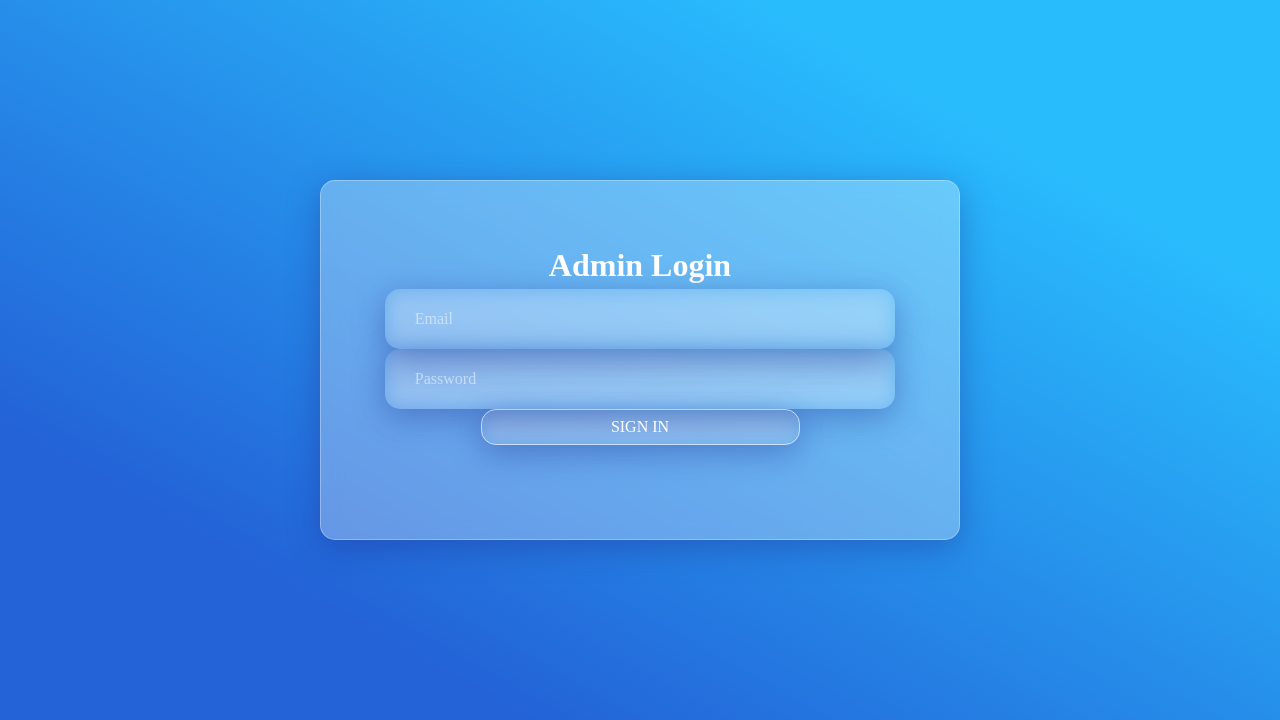
Repository: LEEYONGJUN3068/cms
Page: /login
These files come from the project's save history. The page is drawn as it stood at one moment and after the next save; the edit follows.
The browser window is 1280 px wide. The pictures show the whole page.
The page's requests for data from a server got no answer. The project was rebuilt for these pictures with package versions that can differ from the ones it lists, and the page was loaded fresh each time. The framework's server and built-in components were replaced by stand-ins that run in the browser. No one was signed in, and anything a server would have sent is missing. Also part of the build but not shown: next.config.mjs.

Above is the page before, as saved 2025-09-23 15:01:17.

### src/app/layout.js
import { Geist, Geist_Mono } from "next/font/google";
import "./globals.css";
import AppLoader from "@/components/AppLoader";
import "../styles/globals.scss";

const geistSans = Geist({
  variable: "--font-geist-sans",
  subsets: ["latin"],
});

const geistMono = Geist_Mono({
  variable: "--font-geist-mono",
  subsets: ["latin"],
});

export const metadata = {
  title: "Create Next App",
  description: "Generated by create next app",
  stylesheets: [
    {
      rel: 'stylesheet',
      as: 'style',
      crossOrigin: 'anonymous',
      href: 'https://cdn.jsdelivr.net/gh/orioncactus/pretendard@v1.3.9/dist/web/static/pretendard.min.css',
    },
  ],
};

export default function RootLayout({ children }) {
  return (
    <html lang="ko">
      <body
        className={`${geistSans.variable} ${geistMono.variable} antialiased`}
      >
        <AppLoader>{children}</AppLoader>
      </body>
    </html>
  );
}

### src/app/login/page.jsx
'use client'
import { useState } from 'react'
import { supabase } from '@/lib/supabaseClient'
import { useRouter } from 'next/navigation'
import styles from './login.module.scss'

export default function Login() {
  const [email,setEmail] = useState('')
  const [password,setPassword] = useState('')
  const router = useRouter()

  const handleLogin = async (e) => {
    e.preventDefault()
    const { data, error } = await supabase.auth.signInWithPassword({ email, password })
    if (error) alert(error.message)
    else router.push('/dashboard')
  }

  return (
    <div className={styles.loginContainer}>
      <div className={styles.form}>
        <h2>Admin Login</h2>
        <form onSubmit={handleLogin}>
          <input
            type="email"
            placeholder="Email"
            value={email}
            onChange={(e)=>setEmail(e.target.value)}
            required
            name='id'
          />
          <input
            type="password"
            placeholder="Password"
            value={password}
            onChange={(e)=>setPassword(e.target.value)}
            required
            name='pw'
          />
          <button type="submit" className={styles.loginBtn}>SIGN IN</button>
        </form>
      </div>
    </div>
  )
}

### src/app/globals.css
@import "tailwindcss";

:root {
  --background: #ffffff;
  --foreground: #171717;
}

@theme inline {
  --color-background: var(--background);
  --color-foreground: var(--foreground);
  --font-sans: var(--font-geist-sans);
  --font-mono: var(--font-geist-mono);
}

@media (prefers-color-scheme: dark) {
  :root {
    --background: #0a0a0a;
    --foreground: #ededed;
  }
}

body {
  background: var(--background);
  color: var(--foreground);
  font-family: 'Pretendard';
}

### src/components/AppLoader.jsx
"use client";

import { useState, useEffect } from "react";
import dynamic from 'next/dynamic'; // dynamic import 추가

// LoadingScreen 컴포넌트를 dynamic으로 불러오고, ssr을 false로 설정합니다.
// 이렇게 하면 이 컴포넌트는 오직 브라우저에서만 렌더링됩니다.
const LoadingScreen = dynamic(() => import('./LoadingScreen'), { ssr: false });

const AppLoader = ({ children }) => {
  const [loading, setLoading] = useState(true);

  useEffect(() => {
    const isFirstVisit = sessionStorage.getItem("isFirstVisit");

    if (isFirstVisit) {
      setLoading(false);
    } else {
      sessionStorage.setItem("isFirstVisit", "false");
      setTimeout(() => {
        setLoading(false);
      }, 3000);
    }
  }, []);

  return loading ? <LoadingScreen /> : <>{children}</>;
};

export default AppLoader;

### src/styles/globals.scss
button{
    &:hover{
        cursor: pointer;
    }
}

### src/app/login/login.module.scss
.loginContainer{
    background: linear-gradient(to bottom left, #29bcfd 20%, #2362d7 80%);
    width: 100%;
    height: 100vh;

    .form{
        position: absolute;
        left: 50%;
        top: 50%;
        transform: translate(-50%, -50%);
        width: 50%;
        max-width: 960px;
        height: 50vh;
        max-height: 600px;
        background: rgba(255, 255, 255, 0.3);
        backdrop-filter: blur(10px);
        -webkit-backdrop-filter: blur(10px); /* Safari 브라우저 지원 */
        border: 1px solid rgba(255, 255, 255, 0.3);
        box-shadow: 0 8px 32px 0 rgba(31, 38, 135, 0.37);
        border-radius: 15px;
        padding: clamp(0px, 5vw, 60px) 0;
        color: white;

        h2{
            position: relative;
            top: 0;
            text-align: center;
            font-weight: bold;
            font-size: clamp(0px, 4vw, 32px);
        }

        input{
            width: 80%;
            height: 5vh;
            backdrop-filter: blur(10px);
            -webkit-backdrop-filter: blur(10px); /* Safari 브라우저 지원 */
            box-shadow: 0 8px 32px 0 rgba(31, 38, 135, 0.37);
            border-radius: 15px;
            padding: 30px;
            color: white;

            &:focus{
                outline: none;
            }
        }

        form{
            display: flex;
            flex-direction: column;
            justify-content: space-between;
            align-items: center;
        }

        .loginBtn{
            display: flex;
            align-items: center;
            justify-content: center;
            width: 50%;
            height: 5vh;
            backdrop-filter: blur(10px);
            -webkit-backdrop-filter: blur(10px); /* Safari 브라우저 지원 */
            border: 1px solid rgba(255, 255, 255, 0.6);
            box-shadow: 0 8px 32px 0 rgba(31, 38, 135, 0.37);
            border-radius: 15px;
            font-weight: 500;
            color: white;

            &:hover{
                background-color: #fff;
                color: #2362d7;
                transition: all 0.5s;
            }
        }
    }
}

### src/components/LoadingScreen.jsx
"use client";

// lottie-react에서 Player를 가져옵니다.
import { Player } from "@lottiefiles/react-lottie-player";

const LoadingScreen = () => {
  return (
    <div style={{
      position: 'fixed',
      top: 0,
      left: 0,
      width: '100%',
      height: '100%',
      backgroundColor: '#000',
      display: 'flex',
      flexDirection: 'column',
      justifyContent: 'center',
      alignItems: 'center',
      zIndex: 9999,
    }}>
        <p style={{
            fontSize: 'clamp(0px, 5vw, 32px)',
            fontWeight: 'bold',
        }}>
          포트폴리오 화면을 구성중입니다
        </p>
        <Player
          autoplay
          loop
          src="https://lottie.host/dfe9ce55-f0b7-4bb0-bcd2-241897b61dec/JhkEyDhSuU.json"
          style={{ width: 'clamp(0px, 50vw, 300px)', height: 'auto' }}
        />
    </div>
  );
};

export default LoadingScreen;

Loaded but not shown: src/lib/supabaseClient.js (common file)

After the next save:
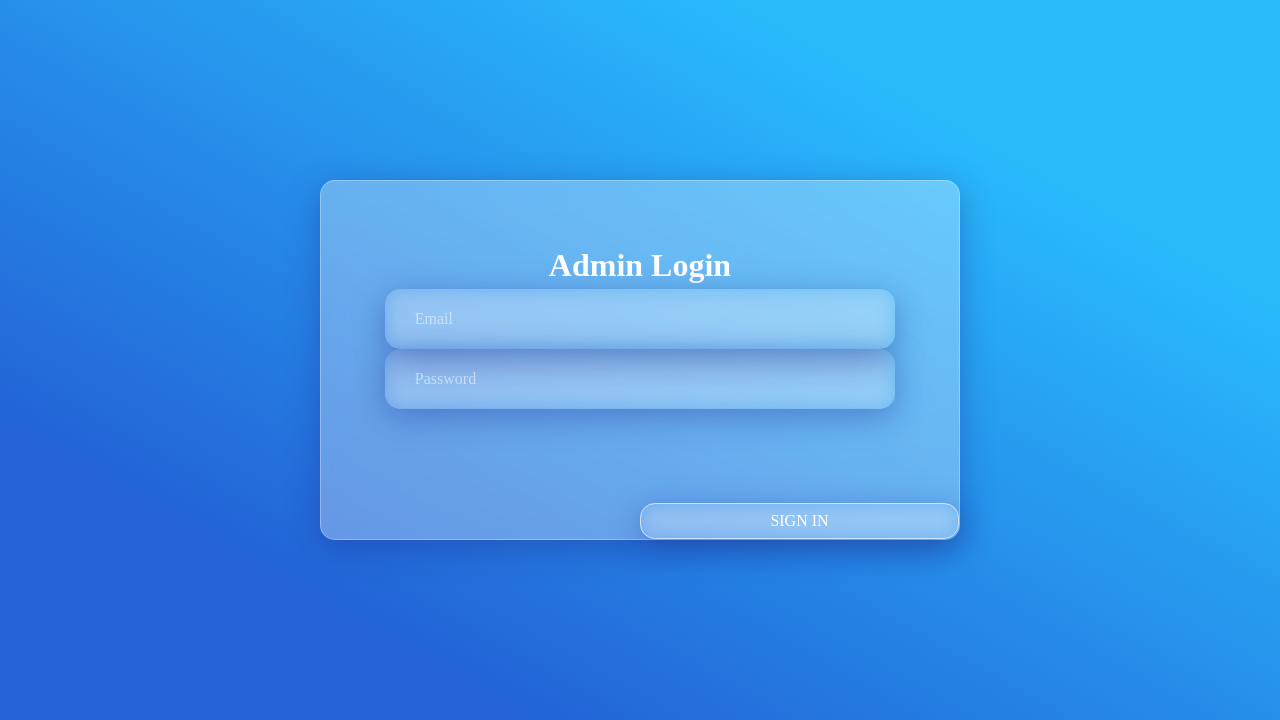
Saved 63 s later.
--- a/src/app/login/login.module.scss
+++ b/src/app/login/login.module.scss
@@ -52,6 +52,9 @@
         }
 
         .loginBtn{
+            position: absolute;
+            left: 50%;
+            bottom: 0;
             display: flex;
             align-items: center;
             justify-content: center;
